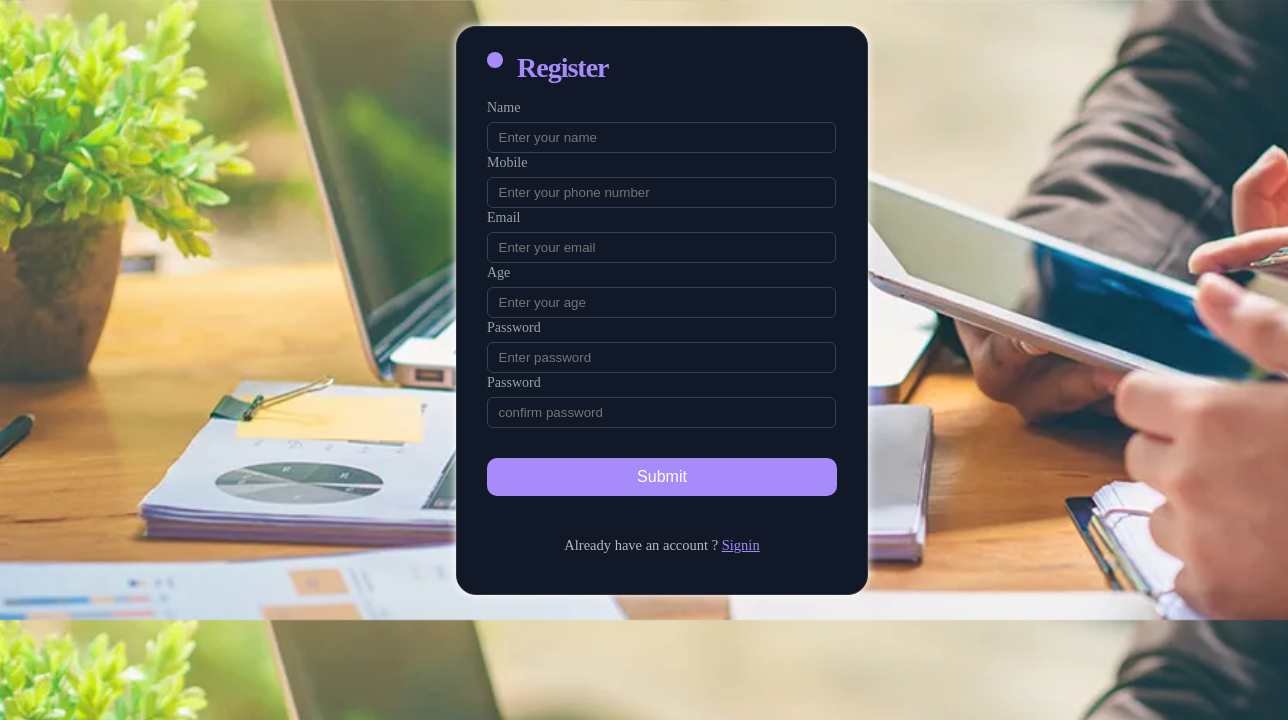
Repository: PeruriNaresh/Bank_Project
Page: http://localhost/bank_project/register.jsp
These files come from the project's save history. The page is drawn as it stood at one moment and after the next save; the edit follows.
The browser window is 1280 px wide. The page is 1288 px wide, so the pictures cover 1288 px, including what lies to the right of the window. The pictures show the whole page.
The page is served by Tomcat 9. Other server files are loaded and not shown.

Above is the page before, as saved 2024-10-27 11:13:08.

### bank_project/src/main/webapp/register.jsp
<%@ page language="java" contentType="text/html; charset=UTF-8"
    pageEncoding="UTF-8"%>
<!DOCTYPE html>
<html>
<head>
    <meta charset="UTF-8">
    <meta name="viewport" content="width=device-width, initial-scale=1.0">
    <style>
        body
        {
            width: 100%;
            height: 100%;
            overflow: hidden;
            background: url(bank.jpg);
            background-size:cover;
        }
        .form {
        display: flex;
        width: 35%;
        flex-direction: column;
        gap: 10px;
        max-width: 350px;
        padding: 25px 30px;
        border-radius: 20px;
        position: relative;
        background-color: rgba(17, 24, 39, 1);
        box-shadow: 0px 0px 10px white;
        color: #fff;
        border: 1px solid #333;
        margin: 2% 35%;
        }

        .title {
        font-size: 28px;
        font-weight: 600;
        letter-spacing: -1px;
        position: relative;
        display: inline;
        align-items: center;
        padding-left: 30px;
        color:rgba(167, 139, 250, 1);
        margin: 0px;
        }

        .title::before {
        width: 18px;
        height: 18px;
        }

        .title::after {
        width: 18px;
        height: 18px;
        animation: pulse 1s linear infinite;
        }

        .title::before,
        .title::after {
        position: absolute;
        content: "";
        height: 16px;
        width: 16px;
        border-radius: 50%;
        left: 0px;
        background-color:  rgba(167, 139, 250, 1);
        }

        .message,
        .signin {
        font-size: 14.5px;
        color: rgba(255, 255, 255, 0.7);
        z-index:1;
        }

        .signin {
        text-align: center;
        }

        .signin a:hover {
        text-decoration: underline royalblue;
        }

        .signin a {
        color: rgba(167, 139, 250, 1);
        }

        .flex {
        display: flex;
        width: 100%;
        gap: 6px;
        }

        .form label {
        position: relative;
        }

        .form label .input {
        background-color: transparent;
        color: #fff;
        width: 95%;
        font-size: auto;
        padding: 10px 10px 10px 10px;
        border: 1px solid black;
        outline: 1px solid  rgba(167, 139, 250, 1);
        border-radius: 2px;
        }

        .form label .input + span {
        color: rgba(255, 255, 255, 0.5);
        position: absolute;
        left: 10px;
        top: 0px;
        font-size: 0.9em;
        cursor: text;
        transition: 0.3s ease;
        }

        .form label .input:placeholder-shown + span {
        top: 12.5px;
        font-size: 0.9em;
        }

        .form label .input:focus + span,
        .form label .input:valid + span {
        color: rgba(167, 139, 250, 1);
        top: 0px;
        font-size: 0.7em;
        font-weight: 600;
        }

        .input-group {
        margin-top: 0.25rem;
        font-size: 0.875rem;
        line-height: 1.25rem;
        }
        .input-group input {
        width: 93%;
        border-radius: 0.375rem;
        border: 1px solid rgba(55, 65, 81, 1);
        outline: 0;
        background-color: rgba(17, 24, 39, 1);
        padding: 2% 3%;
        color: rgba(243, 244, 246, 1);
        }
        .input-group label {
        display: block;
        color: rgba(156, 163, 175, 1);
        margin-bottom: 4px;
        }
        .input-group input:focus {
        border-color: rgba(167, 139, 250);
        }

        .submit {
        border: none;
        outline: none;
        padding: 10px;
        border-radius: 10px;
        color: #fff;
        font-size: 16px;
        transform: .3s ease;
        background-color:  rgba(167, 139, 250, 1);
        position:relative;
        }

        @keyframes pulse {
        from {
            transform: scale(0.9);
            opacity: 1;
        }

        to {
            transform: scale(1.8);
            opacity: 0;
        }
        }
    </style>
    <title>Document</title>
</head>
<body>

    <form class="form" action="register" method="post">
        <p class="title">Register </p>
        <div class="input-group">
            <label for="username">Name</label>
            <input type="text" name="name" id="username" placeholder="Enter your name" required>
            <label for="mobile">Mobile</label>
            <input type="tel" name="phone" id="mobile" placeholder="Enter your phone number" minlength=10 maxlength=10 required>
            <label for="email">Email</label>
            <input type="text" name="email" id="email" placeholder="Enter your email" required>
            <label for="age">Age</label>
            <input type="number" name="age" id="age" placeholder="Enter your age" min=18 required>
            <label for="password">Password</label>
            <input type="password" name="password" id="password" placeholder="Enter password" required>
            <label for="confirm">Password</label>
            <input type="password" id="confirm" placeholder="confirm password" required>
            <p style="opacity:0;display:inline" id="msg">passwords doesnot match</p>
        </div>
        <button class="submit" disabled>Submit</button>
        <%String msg = (String)request.getAttribute("msg");%>
        <p style="display:inline;height:1vh;width:100;margin:0px"><%if(msg!=null)
        {
            out.println(msg);
        }%></p>
        <p class="signin">Already have an account ? <a href="index.jsp">Signin</a> </p>
    </form>
    <script>
        var inputs=document.querySelectorAll("input");
        var msg=document.getElementById("msg");
        var confirm=inputs[5];
        var submit=document.querySelector("button");
        confirm.addEventListener("input",()=>
        {
            var pass= inputs[4].value;
            if(pass!=confirm.value)
            {
                msg.style.opacity=1;
            }
            else
            {
                msg.style.opacity=0;
                submit.removeAttribute("disabled");
            }
        });
    </script>
</body>
</html>

After the next save:
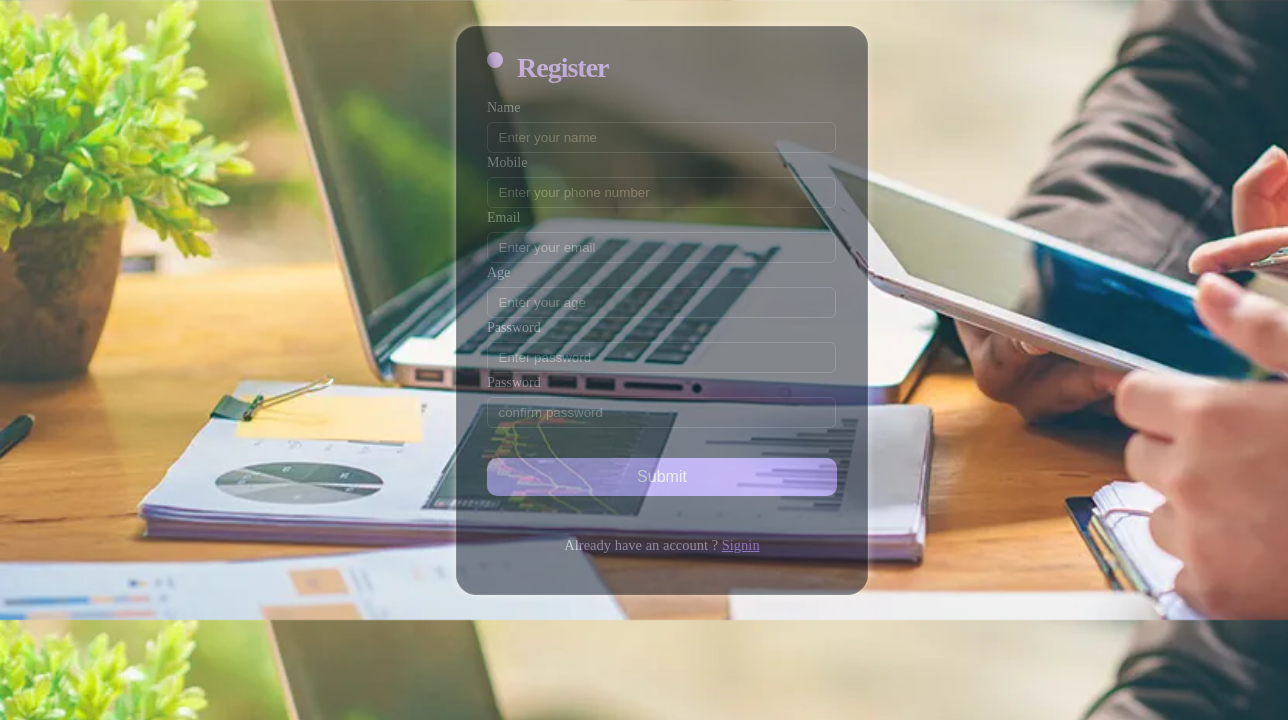
Saved 31 s later.
--- a/bank_project/src/main/webapp/register.jsp
+++ b/bank_project/src/main/webapp/register.jsp
@@ -14,7 +14,9 @@
             background: url(bank.jpg);
             background-size:cover;
         }
-        .form {
+        .form
+        {
+        opacity:0.5;
         display: flex;
         width: 35%;
         flex-direction: column;
